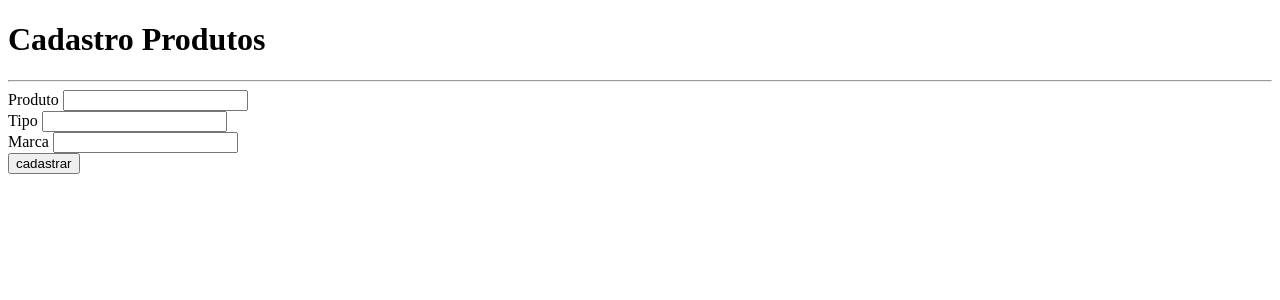
Repository: patriciatob10/AulaJavaPaty
Page: JavaWeb/empresa/perfumariaweb/src/main/webapp/frmCadProduto.html
The author's editor kept a copy of each file at every save. The page is drawn from the files as they stood at one save, then again after the next save.
The browser window is 1280 px wide. The pictures show the whole page.

Above is the page before, as saved 2023-05-20 13:38:43.

### JavaWeb/empresa/perfumariaweb/src/main/webapp/frmCadProduto.html
<!DOCTYPE html>
<html>
<head>
<meta charset="ISO-8859-1">
<title>Cadastro de Produtos</title>
</head>
<body>
<h1>Cadastro Produtos</h1>
<hr>
<div class="container"></div>

<form class="row g-3">

<div class="col-md-6">
    <label for="inputPassword4" class="form-label">Produto</label>
    <input type="cliente" class="form-control">
  </div>


  <div class="col-12">
    <label for="inputAddress" class="form-label">Tipo</label>
    <input type="number" class="form-control">
  </div>


  <div class="col-md-6">
    <label for="inputEmail4" class="form-label">Marca</label>
    <input type="email" class="form-control" id="inputEmail4">
  </div>


    <button type="submit" class="btn btn-primary">cadastrar</button>
  </div>

</form>
</body>
</html>

After the next save:
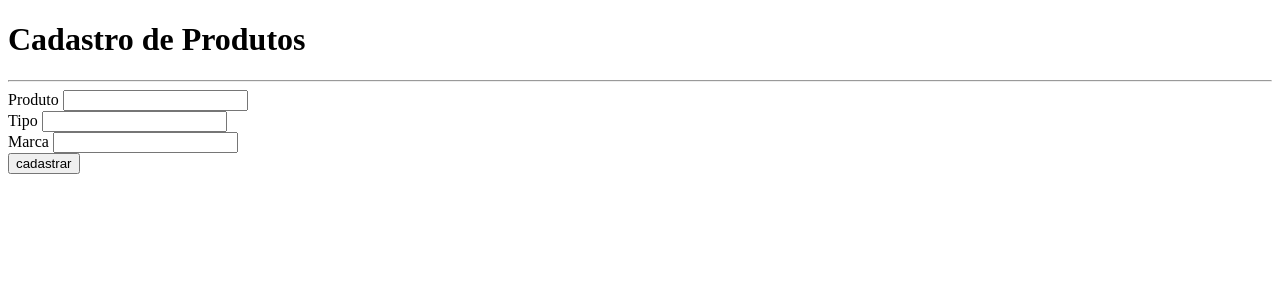
Saved 47 s later.
--- a/JavaWeb/empresa/perfumariaweb/src/main/webapp/frmCadProduto.html
+++ b/JavaWeb/empresa/perfumariaweb/src/main/webapp/frmCadProduto.html
@@ -5,7 +5,7 @@
 <title>Cadastro de Produtos</title>
 </head>
 <body>
-<h1>Cadastro Produtos</h1>
+<h1>Cadastro de Produtos</h1>
 <hr>
 <div class="container"></div>
 
